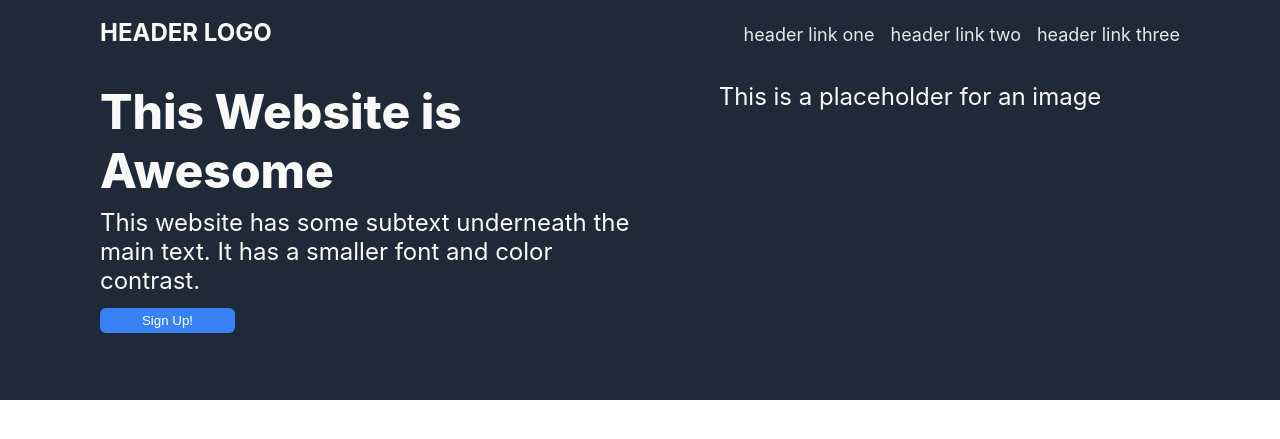
Repository: bbrockbrown/landing-page
Page: index.html
These files come from the project's save history. The page is drawn as it stood at one moment and after the next save; the edit follows.
The browser window is 1280 px wide. The pictures show the whole page.

Above is the page before, as saved 2024-07-24 15:26:05.

After the next save:
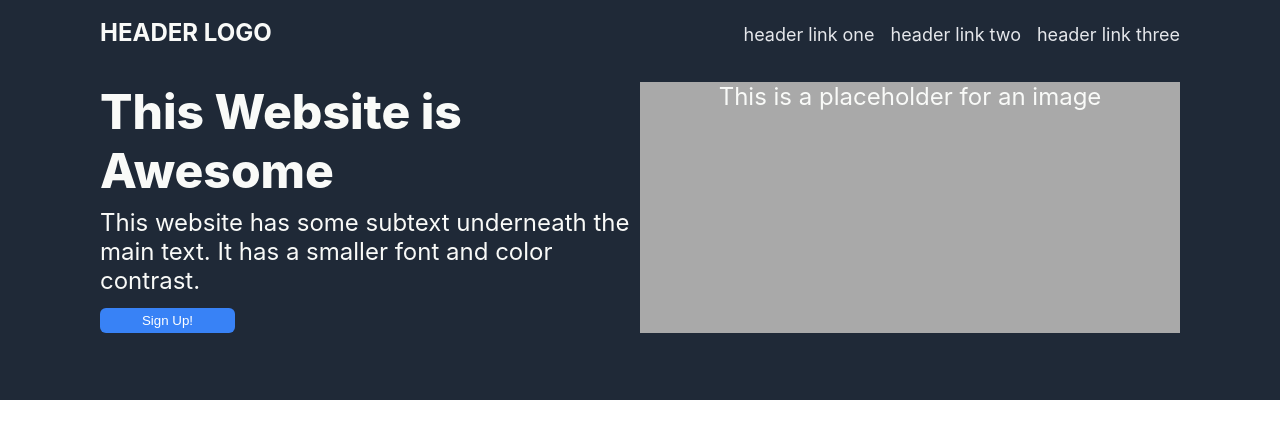
Saved 17 s later.
--- a/styles.css
+++ b/styles.css
@@ -39,6 +39,7 @@ body {
     text-align: center;
     width: 50%;
     height: 100%;
+    background-color: darkgray;
 }
 
 .awesome-text {
